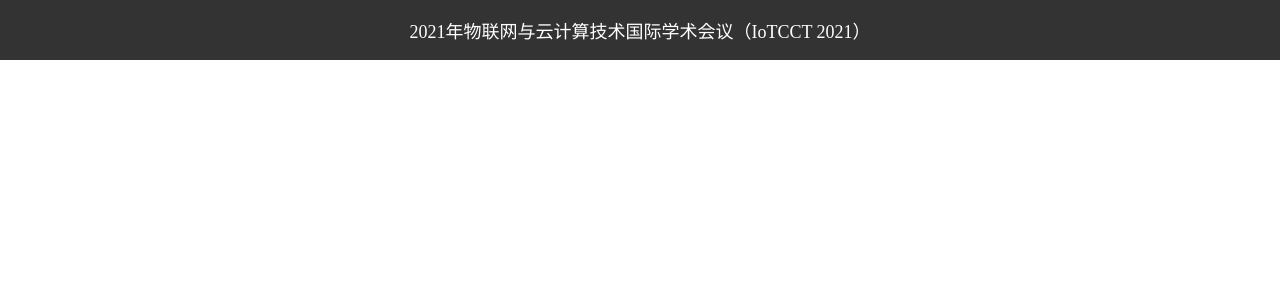
Repository: sunfeinb/huiyi
Page: /
The author's editor kept a copy of each file at every save. The page is drawn from the files as they stood at one save, then again after the next save.
The browser window is 1280 px wide. The pictures show the whole page.
The project was rebuilt for these pictures with package versions that can differ from the ones it lists, and the page was loaded fresh each time.

Above is the page before, as saved 2021-11-02 16:04:03.

After the next save:
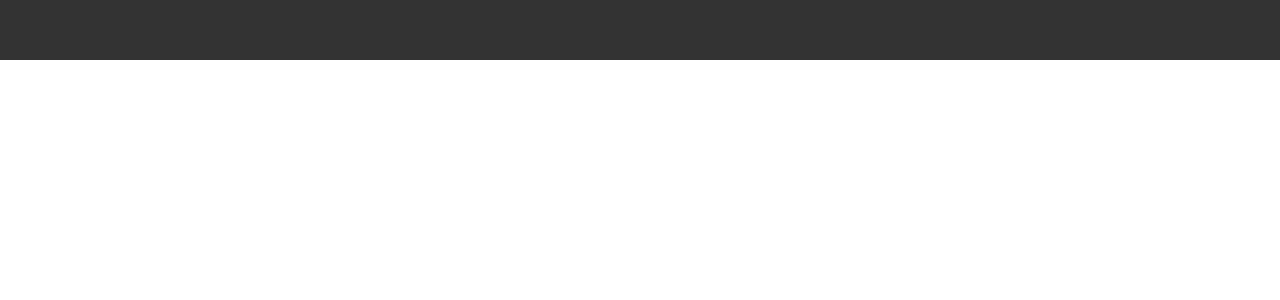
Saved 64 s later.
--- a/src/views/Home.vue
+++ b/src/views/Home.vue
@@ -19,7 +19,7 @@
   props:{},
   data () {
     return {
-      name:'2021年物联网与云计算技术国际学术会议（IoTCCT 2021）'
+      name:''
     }
   },
   components: {},
